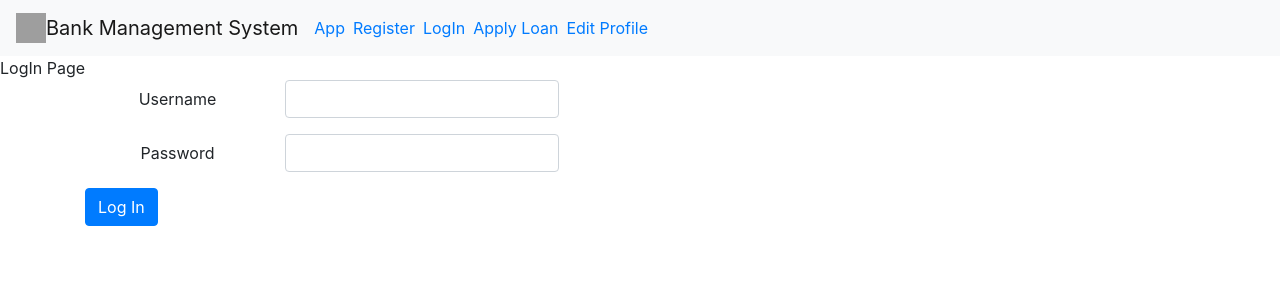
Repository: Nilkumar-Sharma/Bank-Management-System-Frontend-React
Page: /login
These files come from the project's save history. The page is drawn as it stood at one moment and after the next save; the edit follows.
The browser window is 1280 px wide. The pictures show the whole page.
Pictures or frames that could not be fetched are drawn as grey boxes. The project was rebuilt for these pictures with package versions that can differ from the ones it lists, and the page was loaded fresh each time. Also part of the build but not shown: src/App.css, src/Counter/Counter.js, src/App.js, src/components/Register/Register.module.scss, src/components/Register/Register.js, src/components/LogIn/LogIn.module.scss, src/components/Loan/Loan.module.scss, src/components/Loan/Loan.js and 1 more.

Above is the page before, as saved 2020-07-28 14:27:39.

### src/index.js
import React from 'react';
import ReactDOM from 'react-dom';
import './index.css';
import App from './App';
import * as serviceWorker from './serviceWorker';
import { Provider } from 'react-redux'
import { createStore } from 'redux'
import rootReducer from './store/reducer'
import { BrowserRouter, Switch,Route,Link } from 'react-router-dom';
import Register from './components/Register/Register'
import { createBrowserHistory } from 'history';
import 'bootstrap/dist/css/bootstrap.min.css';
import LogIn from './components/LogIn/LogIn';
import Loan from './components/Loan/Loan'
import UpdateProfile from './components/Profile/UpdateProfile';

const store = createStore(rootReducer);
store.subscribe(_=>console.log(store.getState()))

ReactDOM.render(
  <Provider store={store}>
    <React.StrictMode>
      <BrowserRouter>

        <nav className="navbar navbar-expand-lg navbar-light bg-light ">
          {/* header */}
          <a className="navbar-brand" href="#">
            <img src="/docs/4.0/assets/brand/bootstrap-solid.svg" width="30" height="30" className="d-inline-block align-top" alt=""></img>
              Bank Management System
  </a>

          <ul className="navbar-nav  mr-auto">
          <li className="nav-item mr-2">
            <Link to="/">App</Link>
            </li>
            <li className="nav-item mr-2">
            <Link to="/register">Register</Link>
          </li>
            <li className="nav-item mr-2">
            <Link to="/login">LogIn</Link>
            </li>
            <li className="nav-item mr-2">
              <Link to="/loan">Apply Loan</Link>
            </li>
            <li className="nav-item mr-2">
              <Link to="/edit">Edit Profile</Link>
            </li>
          </ul>
        </nav>


      {/* A <Switch> looks through its children <Route>s and
            renders the first one that matches the current URL. */}
      <Switch>
        <Route exact path="/">
          <App />
          </Route>
          <Route exact path="/register">
            <Register />
          </Route>
          <Route path="/login">
            <LogIn/>
          </Route>
          <Route path="/loan">
            <Loan></Loan>
          </Route>
          <Route path="/edit">
            <UpdateProfile></UpdateProfile>
          </Route>
      </Switch>
      </BrowserRouter>
    </React.StrictMode>

  </Provider>,
  document.getElementById('root')
);

// If you want your app to work offline and load faster, you can change
// unregister() to register() below. Note this comes with some pitfalls.
// Learn more about service workers: https://bit.ly/CRA-PWA
serviceWorker.unregister();

### src/store/reducer.js
import * as auth from '../Services/Authentication.js'
const initialState = {
    counter: 0,
    loggedIn: auth.isLoggedInBefore()
};

const rootReducer = (state = initialState, action) => {
    switch (action.type) {
        case "LogMeIn":
            return {...state,loggedIn:auth.isLoggedInBefore()}
        case "INC":
            return { ...state,counter: state.counter + 1 }
        case "DEC":
            return { ...state,counter: state.counter - 1 }
        default:
            return state


}
}
export default rootReducer;

### src/components/LogIn/LogIn.js
import React, { Component } from 'react';
import InputField from '../Shared/InputField/InputField'
import style from './LogIn.module.scss';
import MyButton from '../Shared/MyButton/MyButton'
import * as auth from '../../Services/Authentication'
import {connect} from 'react-redux'
/**
 *  As a Customer, I should be able to register my details in the system so that I can
 * login into the system Acceptance criteria: Customer should be able register the details
 * in the system and it should be saved in the database. Customer should be able to login with
 * a User Id and Password that exists in database.
 * On clicking logout the session should be invalidated and login page must be displayed Capture the
 * details like Name, Username, Password, Address, State, Country, Email Address, PAN, Contact No, DOB,
 * Account Type etc

*/
class LogIn extends Component{
    constructor(props) {
        super(props);
        this.state={inProgress:false}
    }

    handleChange = (event) => {
        this.setState({ [event.target.name]: event.target.value });
    }
    logInHandler = () => {
        if (auth.logIn(this.state)) {

            //
        } else {

        }
    }

    render() {
        return (<div>
            LogIn Page
            <div className="container col-offset-2 ">
                <InputField Label="Username" name="UserName" changes={this.handleChange}></InputField>
                <InputField Label="Password" name="Password" changes={this.handleChange}></InputField>
                <MyButton label="Log In" clicked={this.logInHandler}></MyButton>
                </div>
            </div>)
        }
}
const mapStateToProps = (state) => {
    return {
        loggedIn:state.loggedIn
    }

}
const dispatch = () =>{

}
export default connect(mapStateToProps,dispatch)(LogIn);

### src/Services/Authentication.js
// class Authentication{
    const logIn=(paylaod)=>{
        if (paylaod.UserName == "customer" && paylaod.Password == "customer") {
            alert("Logged In");
            localStorage.setItem("BMS", paylaod);
            return true;
        } else {
            alert("Invalid Crednetials")
            return false;
        }
}
const isLoggedInBefore=()=>{
    return localStorage.getItem("BMS") !== null;
    }
// }

export { logIn,isLoggedInBefore };

### src/components/Shared/InputField/InputField.js
import React, { Component } from 'react';
import './InputField.css'
class InputField extends Component {
    static defaultProps = {
        type: "text",
        changes:(e)=>console.log(e.target),
        Label: "Label",
        classes: "",
        value: "",
        id: "setId",
        name: "name",
        PlaceHolder: "PlaceHolder Here",
    }
    constructor(props) {
        super(props);
        this.state = {
            value: ""
        }
        // this.props.PlaceHolder = this.props.Label;

    }
    handleChange(event) {
        this.setState({ value: event.target.value });
        this.props.changes(event);
    }
    render() {
        return (
            // <div className="container">
            // <div className="row">
                <div class="form-group form-inline" >
                <div className="col-2">
                    <label htmlFor={this.props.id}>{this.props.Label}</label>

                </div>
                <div className="col-2">
                        <input className="form-control" name={this.props.name} id={this.props.id} type={this.props.type} onChange={
                        // (this.props.changes) || ((e)=>{this.setState({value:e.target.value})})
                        (event) =>
                            this.handleChange(event)
                    } placeholder={this.props.placeHolder} value={this.state.value}></input>

                    </div>
                    </div>
                    // </div>
            // </div>
        )
    }
}
export default InputField;

### src/components/Shared/MyButton/MyButton.js
/**
 * @props label: name of the button || default is "Label"
 * @props classes: Class Name
 * @props onClick: a function || Default is console.log("clicked")
 *
 */
import React,{Component } from 'react';

class MyButton extends Component {
    static defaultProps = {
        clicked:() => console.log("clicked "),
        label:"Button Label",
        value: "",
        classes: "btn btn-primary"
    }
    constructor(props) {
        super(props);
        console.log(this.props)

    }
    render() {
        return <button className={this.props.classes} onClick={this.props.clicked} value={this.props.value} >{this.props.label}</button>
    }

}

export default MyButton;

### src/components/Shared/InputField/InputField.css
label{
    /* width: 10px; */
    /* margin-left: 50px; */
}
/*  */

Loaded but not shown: public/index.html (common file); src/index.css (common file); src/serviceWorker.js (common file)

After the next save:
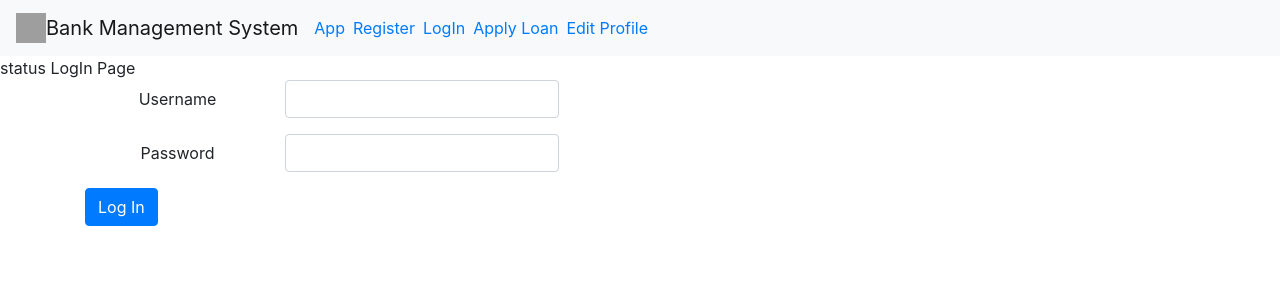
Saved 11 s later.
--- a/src/components/LogIn/LogIn.js
+++ b/src/components/LogIn/LogIn.js
@@ -34,6 +34,7 @@ class LogIn extends Component{
 
     render() {
         return (<div>
+            status {this.props.loggedIn}
             LogIn Page
             <div className="container col-offset-2 ">
                 <InputField Label="Username" name="UserName" changes={this.handleChange}></InputField>
